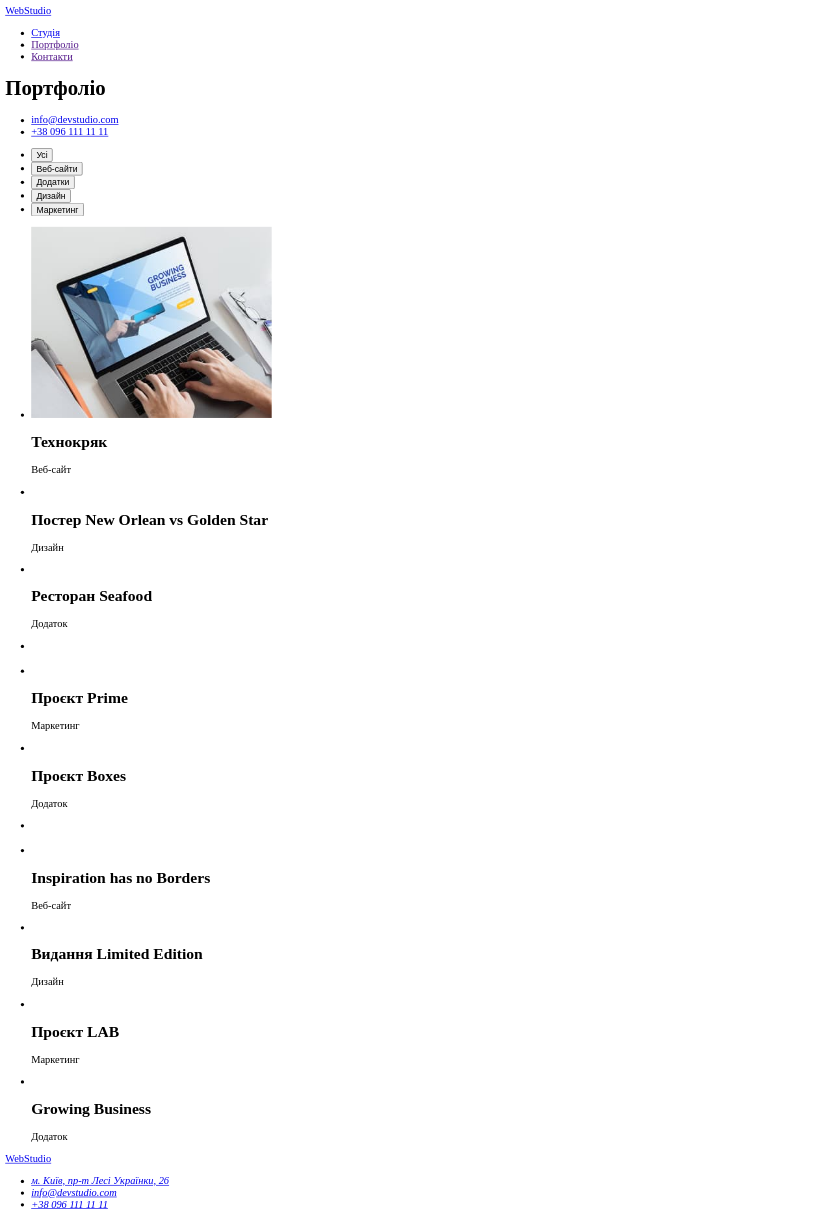
Repository: Mariia2811/goit-markup-hw-03
Page: portfolio.html
These files come from the project's save history. The page is drawn as it stood at one moment and after the next save; the edit follows.
The browser window is 1280 px wide. The pictures show the whole page, at 65% of full size.

Above is the page before, as saved 2022-11-25 14:27:13.

After the next save:
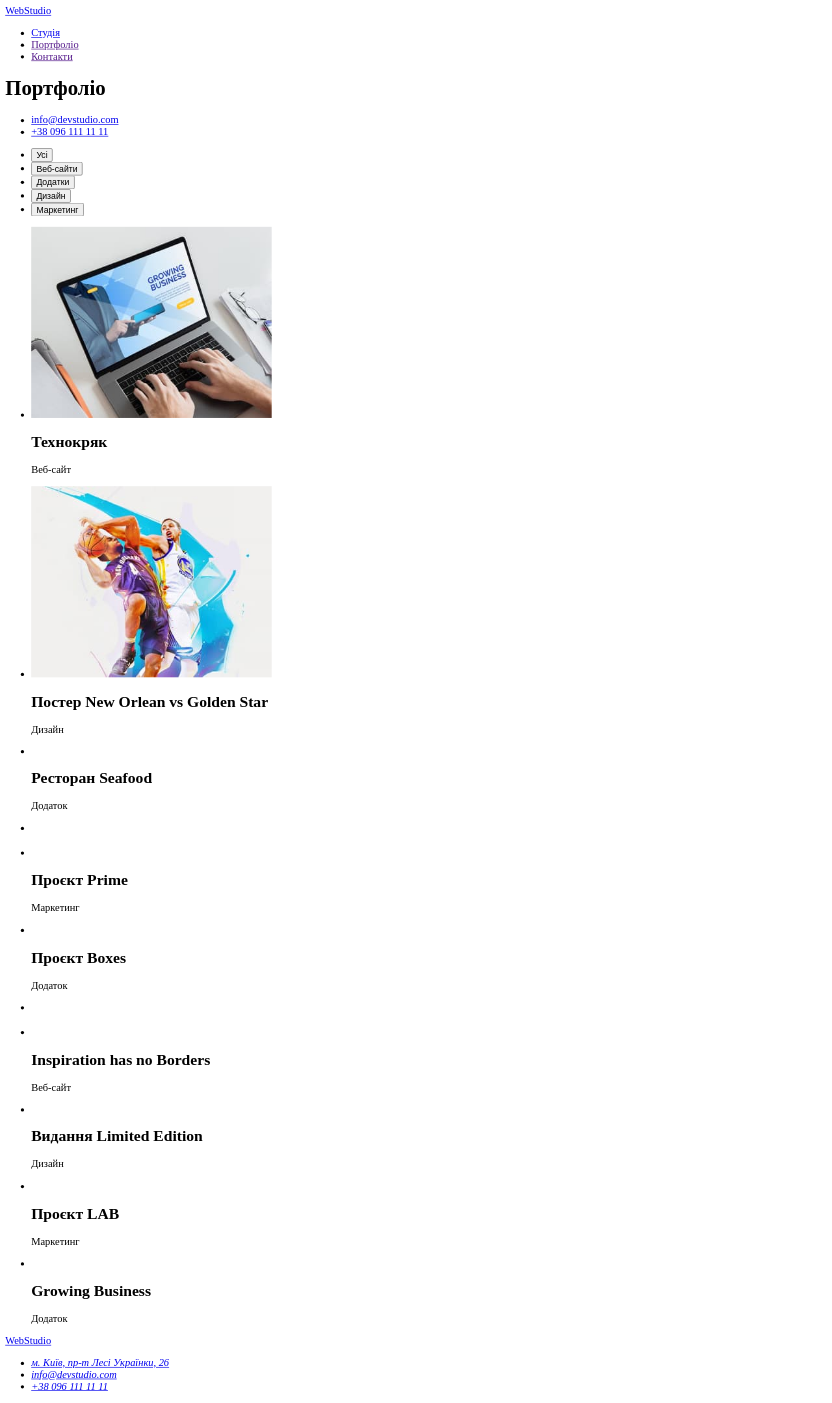
Saved 39 s later.
--- a/portfolio.html
+++ b/portfolio.html
@@ -40,7 +40,7 @@
                     <p>Веб-сайт</p>
                 </li>
                 <li>
-                    <img src="" alt="">
+                    <img src="./images/poster.jpg" alt="">
                     <h2>Постер New Orlean vs Golden Star</h2>
                     <p>Дизайн</p>
                 </li>
